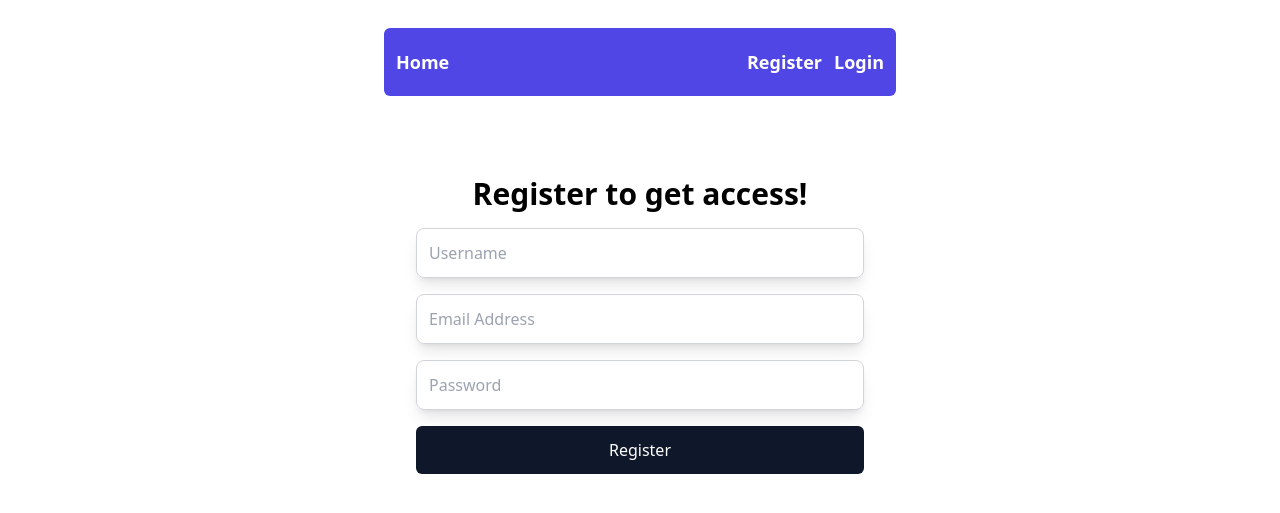
Repository: SolomDev00/TodoApp
Page: /register
These files come from the project's save history. The page is drawn as it stood at one moment and after the next save; the edit follows.
The browser window is 1280 px wide. The pictures show the whole page.
The project was rebuilt for these pictures with package versions that can differ from the ones it lists, and the page was loaded fresh each time. Also part of the build but not shown: vite.config.ts, src/components/auth/ProtectedRoute.tsx, src/pages/PageNotFound.tsx, src/components/errors/ErrorHandler.tsx, src/components/TodoList.tsx, src/pages/index.tsx, src/pages/Login.tsx, src/components/InputErrorMessage.tsx.

Above is the page before, as saved 2023-12-02 12:25:51.

After the next save:
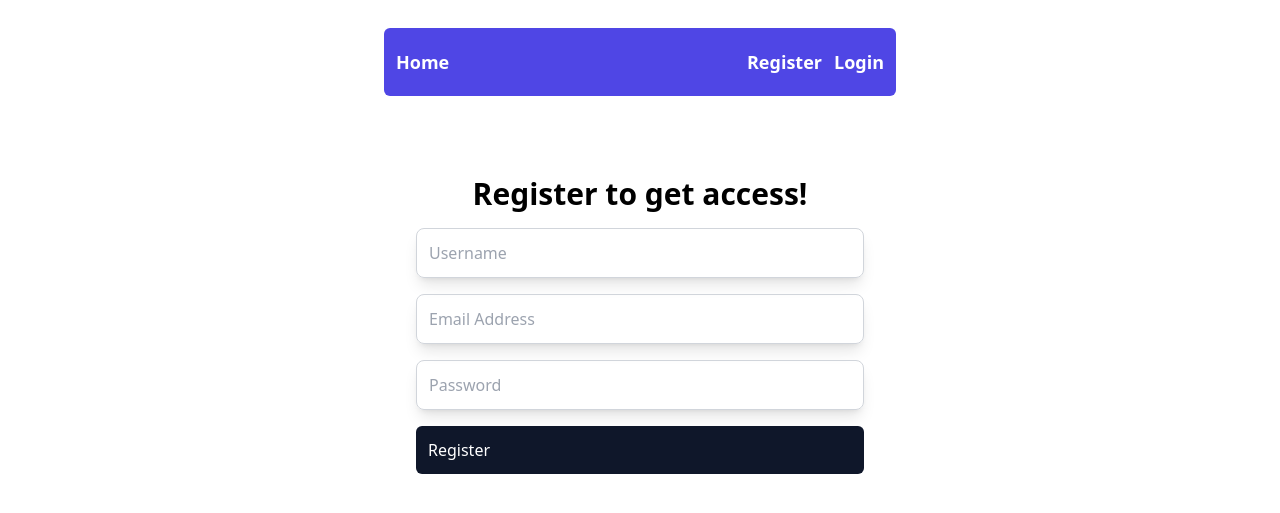
Saved 50 s later.
--- a/src/components/schema/Button.tsx
+++ b/src/components/schema/Button.tsx
@@ -3,7 +3,7 @@
 import { HTMLAttributes, ReactNode } from "react";
 
 const buttonVariants = cva(
-  "rounded-md font-medium text-white duration-300 dark:text-black",
+  "flex items-center justfiy-center rounded-md font-medium text-white duration-300 dark:text-black",
   {
     variants: {
       variant: {

After the save that followed:
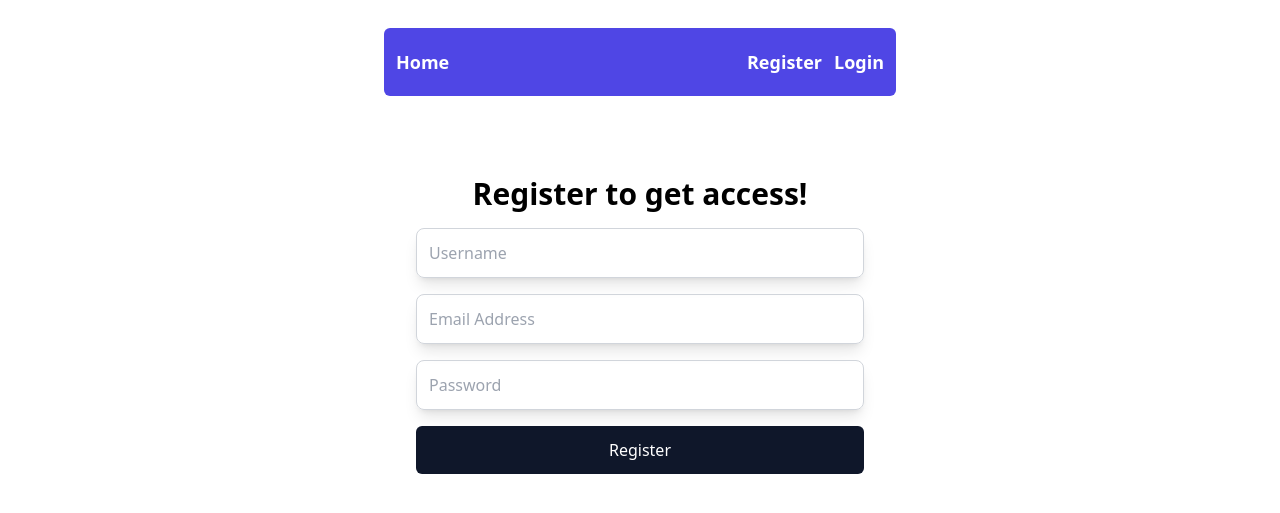
Saved 23 s later.
--- a/src/components/schema/Button.tsx
+++ b/src/components/schema/Button.tsx
@@ -3,7 +3,7 @@
 import { HTMLAttributes, ReactNode } from "react";
 
 const buttonVariants = cva(
-  "flex items-center justfiy-center rounded-md font-medium text-white duration-300 dark:text-black",
+  "flex items-center justify-center rounded-md font-medium text-white duration-300 dark:text-black",
   {
     variants: {
       variant: {
